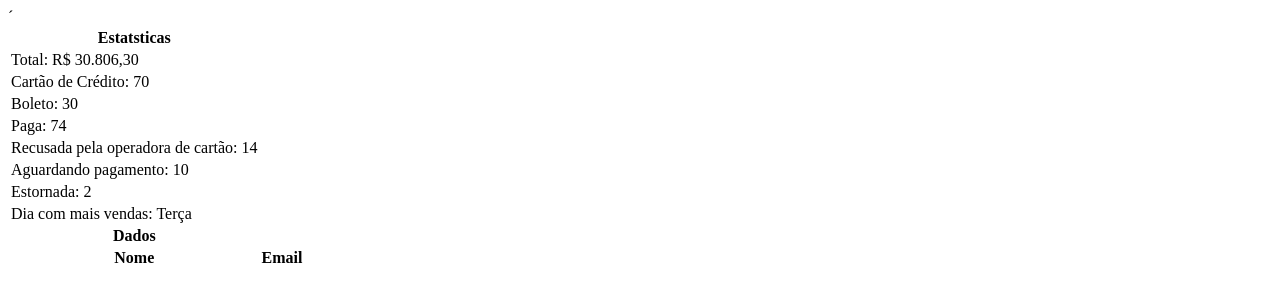
Repository: lucasleitedosreis/exercicios-praticando-typescript
Page: index.html
These files come from the project's save history. The page is drawn as it stood at one moment and after the next save; the edit follows.
The browser window is 1280 px wide. The pictures show the whole page.
The page's requests for data from a server got no answer.

Above is the page before, as saved 2023-04-13 13:41:25.

After the next save:
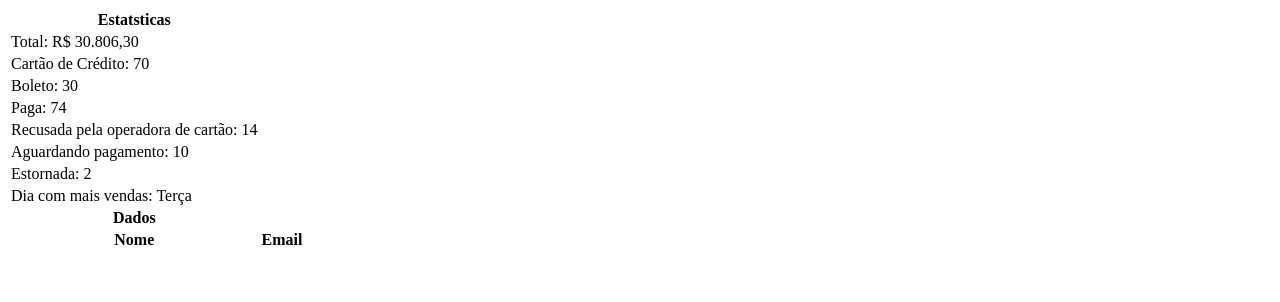
Saved 4 s later.
--- a/index.html
+++ b/index.html
@@ -13,7 +13,7 @@
     <table>
         <thead>
             <tr>
-                <th>Estatsticas</th>´
+                <th>Estatsticas</th>
             </tr>
         </thead>
         <tbody>

After the save that followed:
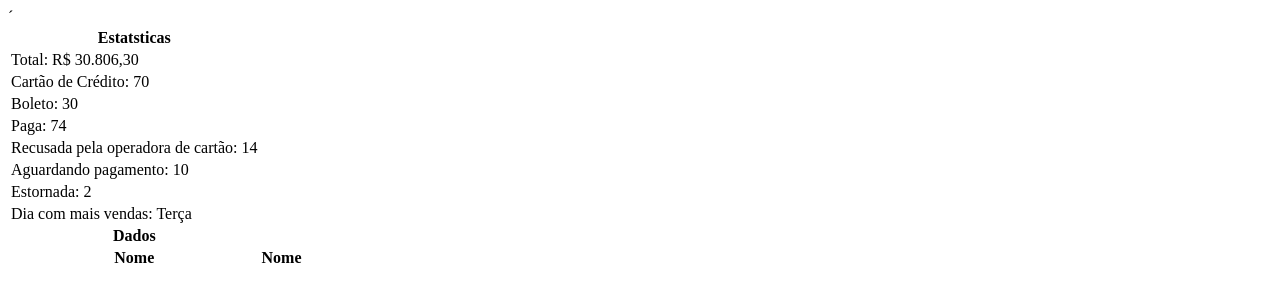
Saved 48 s later.
--- a/index.html
+++ b/index.html
@@ -13,7 +13,7 @@
     <table>
         <thead>
             <tr>
-                <th>Estatsticas</th>
+                <th id="estatisticas">Estatsticas</th>´
             </tr>
         </thead>
         <tbody>
@@ -41,15 +41,18 @@
             <tr>
                 <td>Dia com mais vendas: Terça</td>
             </tr>
+        </tbody>
+        <thead>
             <tr>
                 <th id="dados">Dados</th>
             </tr>
+        </thead>
+        <tbody>
             <tr>
                 <th>Nome</th>
-                <th>Email</th>
+                <th>Nome</th>
             </tr>
         </tbody>
-
 
     </table>
     <script type="module" src="./dist/script.js"></script>
